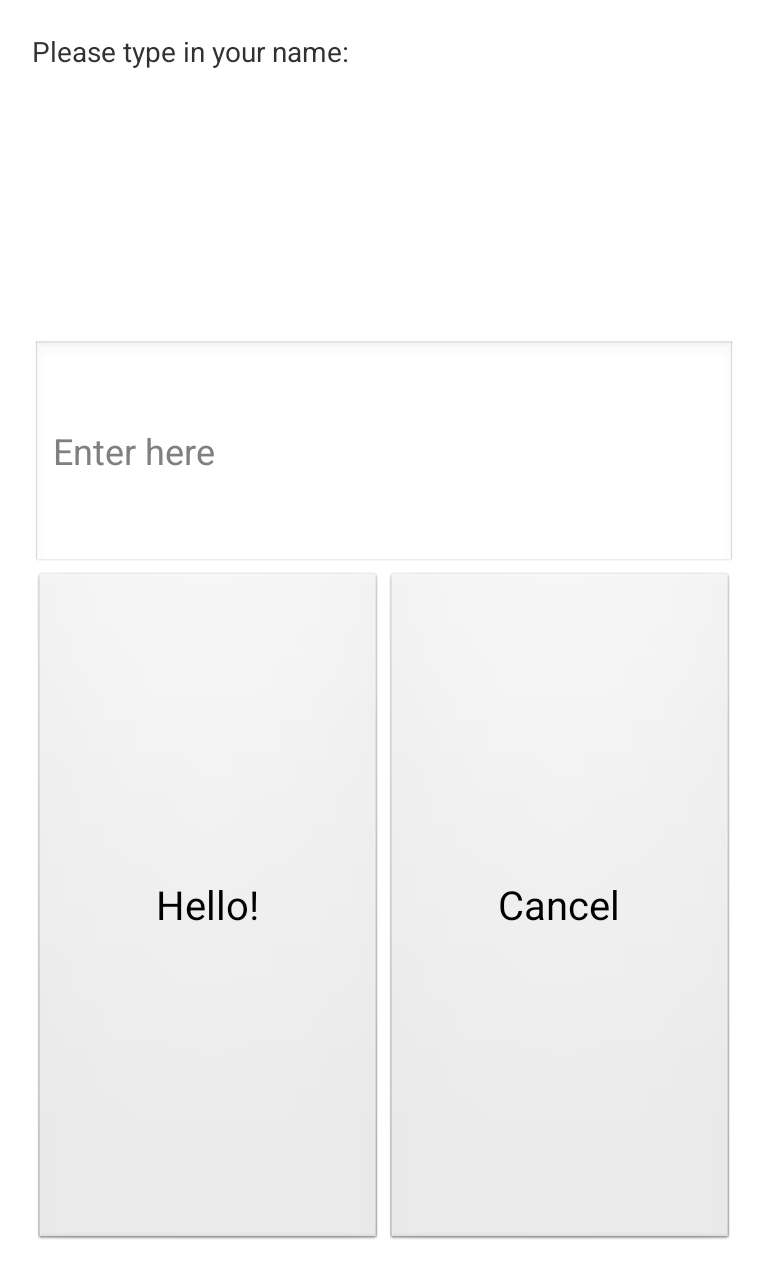
Repository: echolomaniac/HelloWorld
Layout: HelloWorld/res/layout/fragment_main.xml
An editor plug-in stored every save of this project. The layout is shown before and after the next save, followed by the edit.
It is drawn on a 768 x 1280 px phone screen (xhdpi) without system bars, with theme android:Theme.Light.NoTitleBar; the app's code is not run.

Above is the layout before, as saved 2014-05-06 09:02:03.

### HelloWorld/res/layout/fragment_main.xml
<RelativeLayout xmlns:android="http://schemas.android.com/apk/res/android"
    xmlns:tools="http://schemas.android.com/tools"
    android:layout_width="match_parent"
    android:layout_height="match_parent"
    android:paddingBottom="@dimen/activity_vertical_margin"
    android:paddingLeft="@dimen/activity_horizontal_margin"
    android:paddingRight="@dimen/activity_horizontal_margin"
    android:paddingTop="@dimen/activity_vertical_margin"
    tools:context="com.example.helloworld.MainActivity$PlaceholderFragment" >

    <LinearLayout
        android:id="@+id/linearLayout1"
        android:layout_width="fill_parent"
        android:layout_height="fill_parent"
        android:layout_alignParentLeft="true"
        android:orientation="vertical" >

        <TextView
            android:id="@+id/textView1"
            android:layout_width="wrap_content"
            android:layout_height="wrap_content"
            android:layout_weight="0.2"
            android:text="@string/enter_name" />

        <EditText
            android:id="@+id/nameEditText"
            android:layout_width="match_parent"
            android:layout_height="wrap_content"
            android:layout_weight="0.1"
            android:ems="10"
            android:hint="@string/hint_enter_name" />

        <LinearLayout
            android:layout_width="fill_parent"
            android:layout_height="0dp"
            android:layout_weight="0.5" >

            <Button
                android:id="@+id/helloButton"
                android:layout_width="0dp"
                android:layout_weight="0.5"
                android:layout_height="match_parent"
                android:text="@string/hello_button"
                android:textSize="20sp" />

            <Button
                android:id="@+id/listButton"
                android:layout_width="0dp"
                android:layout_weight = "0.5"
                android:layout_height="match_parent"
                android:text="@string/button_cancel"
                android:textSize="20sp" />

        </LinearLayout>

    </LinearLayout>

</RelativeLayout>

### HelloWorld/res/values/strings.xml
<?xml version="1.0" encoding="utf-8"?>
<resources>

    <string name="app_name">HelloWorld</string>
    <string name="hello_world">Hello world!</string>
    <string name="action_settings">Settings</string>
    <string name="enter_name">Please type in your name:</string>
    <string name="hello_button">Hello!</string>
    <string name="hint_enter_name">Enter here</string>
    <string name="button_cancel">Cancel</string>
    <string name="field_Hello">Hello!</string>
    <string name="button_exit">Exit</string>
    <string name="button_list">Countries</string>

</resources>

Loaded but not shown: HelloWorld/res/values/dimens.xml (common file); HelloWorld/res/values-w820dp/dimens.xml (common file)

After the next save:
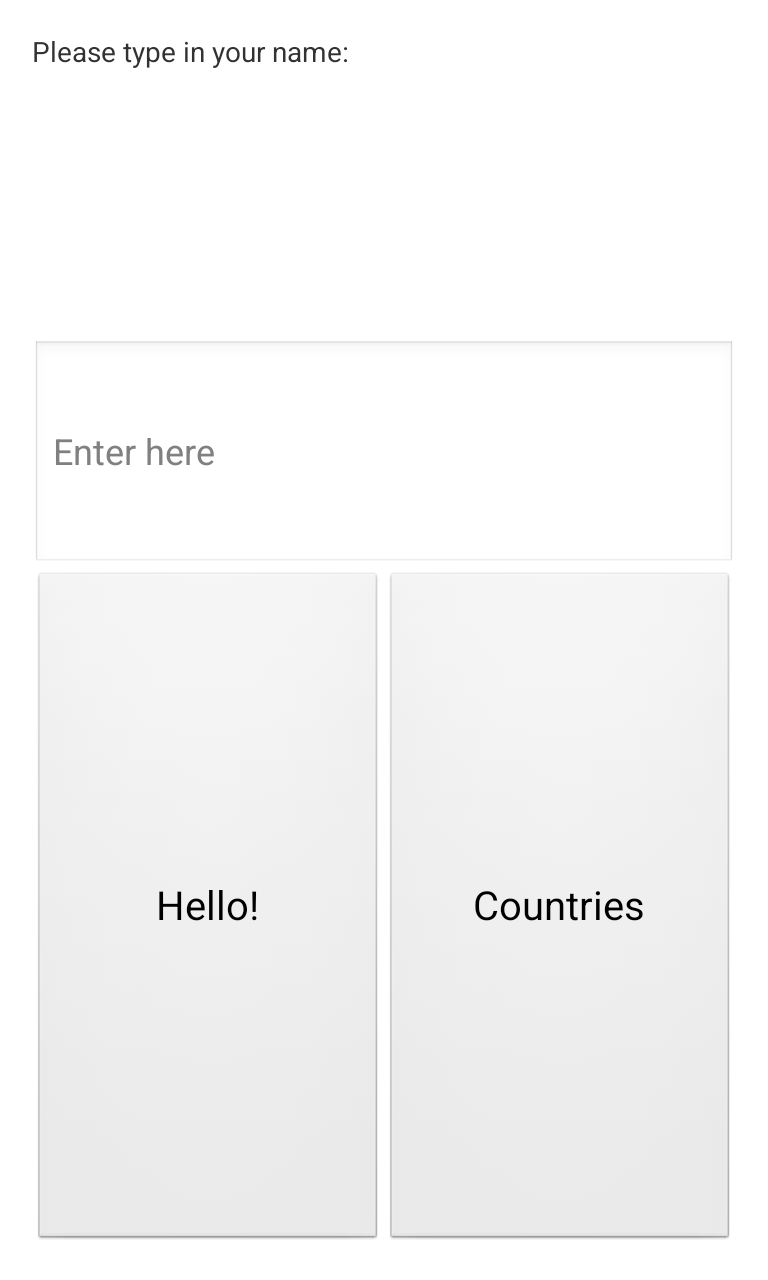
Saved 9 s later.
--- a/HelloWorld/res/layout/fragment_main.xml
+++ b/HelloWorld/res/layout/fragment_main.xml
@@ -48,7 +48,7 @@
                 android:layout_width="0dp"
                 android:layout_weight = "0.5"
                 android:layout_height="match_parent"
-                android:text="@string/button_cancel"
+                android:text="@string/button_list"
                 android:textSize="20sp" />
 
         </LinearLayout>
